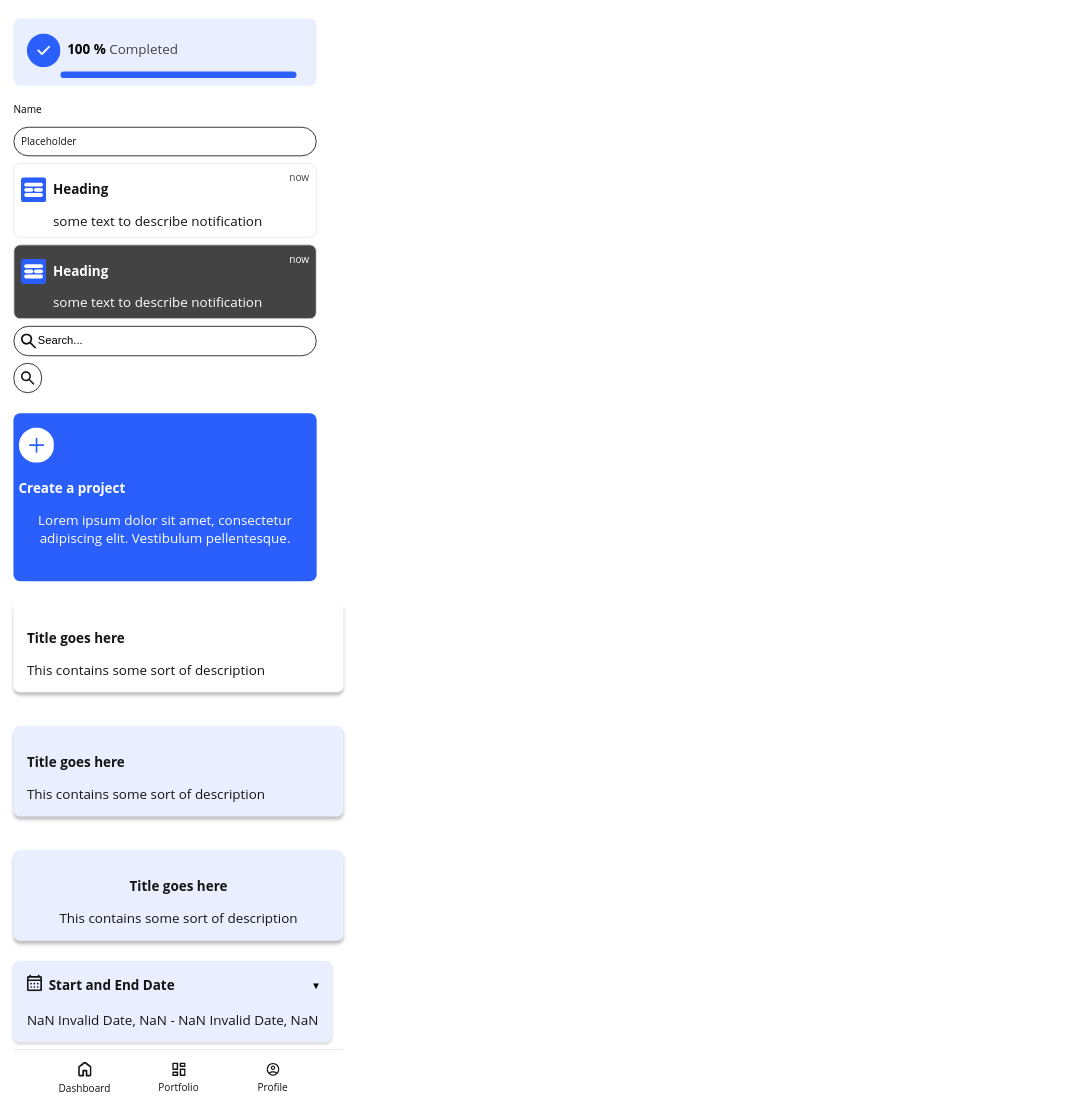
Repository: brunaguarizo/mosaic_app
Page: /
An editor plug-in stored every save of this project. The page is shown before and after a run of saves, followed by the edit.
The browser window is 1280 px wide. The pictures show the whole page, at 84% of full size.
The project was rebuilt for these pictures with package versions that can differ from the ones it lists, and the page was loaded fresh each time. The framework's server and built-in components were replaced by stand-ins that run in the browser. Also part of the build but not shown: next.config.mjs, app/_ui/Button/Button.js, app/_ui/Tag/Tag.js, app/_ui/Project_card/Project_card.js, app/_ui/Date_PopUp/Date_PopUp.module.css, app/_ui/Date_PopUp/Date_PopUp.js.

Above is the page before, as saved 2025-04-18 20:41:17.

### app/globals.css
/* ------------------------------------------------------ GENERAL STYLES ------------------------------------------------------ */
*,
*::before,
*::after {
    box-sizing: inherit;
}

html,
body {
    padding: 0;
    margin: 0;
    font-family: var(--font-family);
    box-sizing: border-box;
}

html {
    display: flex;
    justify-content: center;
    align-items: center;
    width: 393px;
    height: 100%;
    margin: var(--space-regular);
}

.container {
}

.two-column {
    display: grid;
    grid-template-columns: 1fr 1fr;
    gap: var(--space-large);
}

/* ------------------------------------------------------ VARIABLES ------------------------------------------------------ */
:root {
    /* ----- COLORS ----- */
    --blue-primary: rgb(43, 95, 252);
    --blue-50: rgb(234, 239, 255);
    --blue-900: rgb(18, 40, 106);
    --white: #ffffff;
    --black: rgb(20, 20, 20);
    --grey-400: rgb(67, 67, 67);
    --yellow-secondary: rgb(255, 218, 1);
    --orange-secondary: rgb(255, 94, 9);
    --green-secondary: rgb(0, 193, 79);
    --purple-secondary: rgb(154, 65, 255);

    /* ----- TYPE ----- */
    --font-family: "Open Sans", sans-serif;

    --header-xxlarge-size: 88px;
    --title-section-font-size: 30px;
    --button-font-size: 24px;
    --body-text-font-size: 20px;
    --menu-font-size: 16px;
    --label-font-size: 12px;

    --font-style-normal: normal;
    --font-weight-bold: bold;

    --line-height-xxlarge: 100px;
    --line-height-large: 36px;
    --line-height-medium: 28px;
    --line-height-small: 20px;

    /* ----- SPACING ----- */
    --space-small: 8px;
    --space-regular: 16px;
    --space-medium: 32px;
    --space-large: 48px;
    --space-extra-large: 140px;
}

### app/_ui/navbar/navbar.module.css

.nav {
    width: 393px;
    height: 72px;
    justify-content: center;
    align-items: center;
    display: flex;
    flex-direction: row;
    padding: 0;
    margin: 0;
    gap: var(--space-large);
    border-top: 1px solid var(--grey-50);
}

.navbar__item {
    display: flex;
    flex-direction: column;
    justify-content: center;
    align-items: center;
    gap: 4px;
    text-decoration: none;
    width: 60px;
    height: 44px;
    padding-left: 32px;
    padding-right: 32px;
    margin: 0;
}

.navbar__icon {
    max-width: 16px;
    padding: 0;
    margin: 0;
    fill: var(--black);
}

.navbar__text {
    color: var(--black);
    font-size: var(--label-font-size);
    font-weight: var(--font-weight-400);
    line-height: var(--line-height-small);
    text-decoration: none;
    padding: 0;
    margin: 0;
}

.navbar__item:hover .navbar__text,
.navbar__item:hover .navbar__icon,
.navbar__item:active .navbar__text,
.navbar__item:active .navbar__icon {
  color: var(--blue-primary);
  fill: var(--blue-primary);
}

/* ------------------------------------------------------ VARIABLES ------------------------------------------------------ */
:root {
    /* ----- COLORS ----- */
    --blue-primary: rgb(43,95,252);
    --blue-50: rgb(234, 239, 255);
    --blue-900: rgb(18, 40, 106);
    --white: #FFFFFF;
    --grey-50: #E8E8E8;
    --black: rgb(20, 20, 20);
    --grey-400: rgb(67, 67, 67);
    --yellow-secondary: rgb(255, 218, 1);
    --orange-secondary: rgb(255, 94, 9);
    --green-secondary: rgb(0, 193, 79);
    --purple-secondary: rgb(154, 65, 255);

    /* ----- TYPE ----- */
    --font-family: "Open Sans", sans-serif;

    --header-xxlarge-size: 88px;
    --title-section-font-size: 30px;
    --button-font-size: 24px;
    --body-text-font-size: 20px;
    --menu-font-size: 16px;
    --label-font-size: 12px;

    --font-style-normal: normal;
    --font-weight-bold: bold;

    --line-height-xxlarge: 100px;
    --line-height-large: 36px;
    --line-height-medium: 28px;
    --line-height-small: 20px;

    /* ----- SPACING ----- */
    --space-small: 8px;
    --space-regular: 16px;
    --space-medium: 32px;
    --space-large: 48px;
    --space-extra-large: 88px;
  }

### app/_ui/Button/Button.module.css
.button {
    font-family: var(--font-family);
    font-size: var(--font-size-regular);
    font-weight: var(--font-weight-bold);
    width: 100%;
    padding-top: var(--space-small);
    padding-left: var(--space-regular);
    padding-right: var(--space-regular);
    padding-bottom: var(--space-small);
    border-radius: 100px;
    align-items: center;
    border: none;

    &:hover {
        background-color: var(--blue-900);
        color: var(--white);
    }
}

.primary {
    background: var(--blue-primary);
    color: var(--white);
}

.secondary {
    background-color: var(--white);
    border: 1px solid var(--blue-primary);
    color: var(--blue-primary);
}

.disabled {
    pointer-events: none;
    color: var(--white);
    background-color: var(--blue-100);
}

.small {
    font-size: var(--font-size-small);
    padding: var(--space-small);
    align-items: center;
}

.large {
    font-size: var(--font-size-large);
    padding: var(--space-regular);
}

.error {
    background-color: var(--orange-secondary);
}

/* ------------------------------------------------------ VARIABLES ------------------------------------------------------ */
:root {
    /* ----- COLORS ----- */
    --blue-primary: rgb(43, 95, 252);
    --blue-50: rgb(234, 239, 255);
    --blue-100: #bdcdfe;
    --blue-900: rgb(18, 40, 106);
    --white: #ffffff;
    --black: rgb(20, 20, 20);
    --grey-400: rgb(67, 67, 67);
    --yellow-secondary: rgb(255, 218, 1);
    --orange-secondary: rgb(255, 94, 9);
    --green-secondary: rgb(0, 193, 79);
    --purple-secondary: rgb(154, 65, 255);

    /* ----- TYPE ----- */
    --font-family: "Open Sans", sans-serif;

    --font-size-extra-large: 30px;
    --font-size-large: 24px;
    --font-size-medium: 20px;
    --font-size-regular: 16px;
    --font-size-small: 12px;

    --font-style-normal: normal;
    --font-weight-bold: bold;

    --line-height-xxlarge: 100px;
    --line-height-large: 36px;
    --line-height-medium: 28px;
    --line-height-small: 20px;

    /* ----- SPACING ----- */
    --space-small: 8px;
    --space-regular: 16px;
    --space-medium: 32px;
    --space-large: 48px;
    --space-extra-large: 140px;
}

### app/_ui/Date_Card/Date_Card.module.css
.card {
    background-color: var(--blue-50);
    border-radius: var(--space-small);
    padding: var(--space-regular);
    gap: var(--space-regular);
    box-shadow: 0 2px 4px rgba(0, 0, 0, 0.2);
    font-family: var(--font-family);
    cursor: pointer;
    display: flex;
    flex-direction: column;
    width: fit-content;
}

.header {
    display: flex;
    align-items: center;
    gap: var(--space-small);
    font-size: var(--font-size-regular);
    font-weight: var(--font-weight-bold);
    color: var(--black);
}

.label {
    flex-grow: 1;
}

.arrow {
    font-size: var(--font-size-small);
    color: black;
}

.arrow:hover {
    font-size: var(--font-size-small);
    color: var(--blue-primary);
}

.dateRange {
    margin-top: 2px;
    font-size: var(--font-size-regular);
    color: var(--black);
}

/* ------------------------------------------------------ VARIABLES ------------------------------------------------------ */
:root {
    /* ----- COLORS ----- */
    --blue-primary: rgb(43, 95, 252);
    --blue-50: rgb(234, 239, 255);
    --blue-100: #bdcdfe;
    --blue-900: rgb(18, 40, 106);
    --white: #ffffff;
    --black: rgb(20, 20, 20);
    --grey-400: rgb(67, 67, 67);
    --yellow-secondary: rgb(255, 218, 1);
    --orange-secondary: rgb(255, 94, 9);
    --green-secondary: rgb(0, 193, 79);
    --purple-secondary: rgb(154, 65, 255);

    /* ----- TYPE ----- */
    --font-family: "Open Sans", sans-serif;

    --font-size-extra-large: 30px;
    --font-size-large: 24px;
    --font-size-medium: 20px;
    --font-size-regular: 16px;
    --font-size-small: 12px;

    --font-style-normal: normal;
    --font-weight-bold: bold;

    --line-height-xxlarge: 100px;
    --line-height-large: 36px;
    --line-height-medium: 28px;
    --line-height-small: 20px;

    /* ----- SPACING ----- */
    --space-small: 8px;
    --space-regular: 16px;
    --space-medium: 32px;
    --space-large: 48px;
    --space-extra-large: 140px;
}

### app/_ui/Create_Project_Button/Create_Project_Button.module.css
.button_background {
    background-color: var(--blue-primary);
    border-radius: var(--space-small);
    border: none;
    width: 361px;
    height: 200px;
    display: flex;
    flex-direction: column;
    margin-top: var(--space-regular);
}

.button_icon {
    width: 42px;
    height: 42px;
    align-self: center;
    box-sizing: content-box;
    margin-top: var(--space-regular);
}

.button_heading {
    text-align: center;
    font-family: "Open Sans", sans-serif;
    font-size: var(--menu-font-size);
    font-weight: var(--font-weight-bold);
    color: white;
    padding: 0px;
    border: 0px;
    margin-top: var(--space-regular);
    margin-bottom: 0px;
}

.button_description {
    font-family: "Open Sans", sans-serif;
    font-size: var(--menu-font-size);
    font-style: var(--font-weight-normal);
    color: white;
    border: 0px;
    padding: 0px;
    margin-top: var(--space-regular);
    margin-bottom: 0px;
}
/* ------------------------------------------------------ VARIABLES ------------------------------------------------------ */
:root {
    /* ----- COLORS ----- */
    --blue-primary: rgb(43, 95, 252);
    --blue-50: rgb(234, 239, 255);
    --blue-900: rgb(18, 40, 106);
    --white: #ffffff;
    --grey-50: #e8e8e8;
    --black: rgb(20, 20, 20);
    --grey-400: rgb(67, 67, 67);
    --yellow-secondary: rgb(255, 218, 1);
    --orange-secondary: rgb(255, 94, 9);
    --green-secondary: rgb(0, 193, 79);
    --purple-secondary: rgb(154, 65, 255);

    /* ----- TYPE ----- */
    --font-family: "Open Sans", sans-serif;

    --header-xxlarge-size: 88px;
    --title-section-font-size: 30px;
    --button-font-size: 24px;
    --body-text-font-size: 20px;
    --menu-font-size: 16px;
    --label-font-size: 12px;

    --font-style-normal: normal;
    --font-weight-bold: bold;

    --line-height-xxlarge: 100px;
    --line-height-large: 36px;
    --line-height-medium: 28px;
    --line-height-small: 20px;

    /* ----- SPACING ----- */
    --space-small: 8px;
    --space-regular: 16px;
    --space-medium: 32px;
    --space-large: 48px;
    --space-extra-large: 140px;
}

### app/_ui/Description_Box/Description_Box.module.css
.project_primary {
    display: flex;
    flex-direction: column;
    border-radius: var(--space-small);
    text-align: left;
    padding: var(--space-regular);
    text-align: left;
    box-sizing: content-box;
    margin-top: var(--space-regular);
    margin-bottom: var(--space-regular);
    box-shadow: 0px 4px 4px rgba(0, 0, 0, 0.25);
}
.project_secondary {
    display: flex;
    flex-direction: column;
    border-radius: var(--space-small);
    text-align: left;
    padding: var(--space-regular);
    text-align: left;
    margin-top: var(--space-regular);
    background-color: var(--blue-50);
    box-shadow: 0px 4px 4px rgba(0, 0, 0, 0.25);
}
.description_heading {
    text-align: left;
    font-family: "Open Sans", sans-serif;
    font-size: var(--menu-font-size);
    font-weight: var(--font-weight-bold);
    color: var(--black);
    padding: 0px;
    border: 0px;
    box-sizing: content-box;
    margin-top: var(--space-regular);
    margin-bottom: 0px;
}
.description_body {
    font-family: "Open Sans", sans-serif;
    font-size: var(--menu-font-size);
    font-style: var(--font-weight-normal);
    color: var(--black);
    margin-top: var(--space-regular);
    margin-bottom: 0px;
}

.conditions {
    display: flex;
    flex-direction: column;
    border-radius: var(--space-small);
    align-items: center;
    padding: var(--space-regular);
    text-align: center;
    background-color: var(--blue-50);
    margin-top: var(--space-regular);
}

/* ------------------------------------------------------ VARIABLES ------------------------------------------------------ */
:root {
    /* ----- COLORS ----- */
    --blue-primary: rgb(43, 95, 252);
    --blue-50: rgb(234, 239, 255);
    --blue-900: rgb(18, 40, 106);
    --white: #ffffff;
    --grey-50: #e8e8e8;
    --black: rgb(20, 20, 20);
    --grey-400: rgb(67, 67, 67);
    --yellow-secondary: rgb(255, 218, 1);
    --orange-secondary: rgb(255, 94, 9);
    --green-secondary: rgb(0, 193, 79);
    --purple-secondary: rgb(154, 65, 255);

    /* ----- TYPE ----- */
    --font-family: "Open Sans", sans-serif;

    --header-xxlarge-size: 88px;
    --title-section-font-size: 30px;
    --button-font-size: 24px;
    --body-text-font-size: 20px;
    --menu-font-size: 16px;
    --label-font-size: 12px;

    --font-style-normal: normal;
    --font-weight-bold: bold;

    --line-height-xxlarge: 100px;
    --line-height-large: 36px;
    --line-height-medium: 28px;
    --line-height-small: 20px;

    /* ----- SPACING ----- */
    --space-small: 8px;
    --space-regular: 16px;
    --space-medium: 32px;
    --space-large: 48px;
    --space-extra-large: 140px;
}

### app/_ui/Search_Bar/Search_Bar.module.css
.primary {
    border: 1px solid var(--black);
    padding: var(--space-small);

    display: flex;
    flex-direction: row;
    width: 361px;
    border-radius: var(--border-radius-large);
}

.secondary {
    border: 1px solid var(--black);
    border-radius: var(--border-radius-large);
    width: var(--space-regular);
    box-sizing: content-box;
}

.visible {
    border: none;
}
.invisible {
    display: none;
}

.search_item {
    border: none;
}

.search_item:focus {
    outline: none;
    box-shadow: none;
}

/* ------------------------------------------------------ VARIABLES ------------------------------------------------------ */
:root {
    /* ----- COLORS ----- */
    --blue-primary: rgb(43, 95, 252);
    --blue-50: rgb(234, 239, 255);
    --blue-900: rgb(18, 40, 106);
    --white: #ffffff;
    --grey-50: #e8e8e8;
    --black: rgb(20, 20, 20);
    --grey-400: rgb(67, 67, 67);
    --yellow-secondary: rgb(255, 218, 1);
    --orange-secondary: rgb(255, 94, 9);
    --green-secondary: rgb(0, 193, 79);
    --purple-secondary: rgb(154, 65, 255);

    /* ----- BORDER RADIUS ----- */
    --border-radius-large: 100px;

    /* ----- TYPE ----- */
    --font-family: "Open Sans", sans-serif;

    --header-xxlarge-size: 88px;
    --title-section-font-size: 30px;
    --button-font-size: 24px;
    --body-text-font-size: 20px;
    --menu-font-size: 16px;
    --label-font-size: 12px;

    --font-style-normal: normal;
    --font-weight-bold: bold;

    --line-height-xxlarge: 100px;
    --line-height-large: 36px;
    --line-height-medium: 28px;
    --line-height-small: 20px;

    /* ----- SPACING ----- */
    --space-small: 8px;
    --space-regular: 16px;
    --space-medium: 32px;
    --space-large: 48px;
    --space-extra-large: 140px;
}

### app/_ui/Heading_Bar/Heading_Bar.module.css
.contentInner {
    display: flex;
    flex-direction: column;
    gap: var(--space-regular);
}

.row {
    display: flex;
    align-items: center;
}

.heading {
    flex-grow: 1;
    text-align: center;
    font-weight: var(--font-weight-normal);
    font-size: var(--button-font-size);
}

.icon {
    color: var(--blue-50);
    display: flex;
    align-items: center;
    justify-content: center;
}
.visible {
    display: flex;
}

.hidden {
    display: none;
}

.iconButton {
    background: none;
    border: none;
    color: var(--blue-50);
    display: flex;
    align-items: center;
    justify-content: center;
    padding: var(--space-small);
}

.iconButton:hover {
    background-color: var(--blue-50);
    border-radius: var(--border-radius-large);
}

.pagination {
    flex-grow: 1;
    text-align: right;
    color: var(--black);
    font-size: var(--menu-font-size);
    padding-right: var(--space-small);
}
/* ------------------------------------------------------ VARIABLES ------------------------------------------------------ */
:root {
    /* ----- COLORS ----- */
    --blue-primary: rgb(43, 95, 252);
    --blue-50: rgb(234, 239, 255);
    --blue-900: rgb(18, 40, 106);
    --white: #ffffff;
    --grey-50: #e8e8e8;
    --black: rgb(20, 20, 20);
    --grey-400: rgb(67, 67, 67);
    --yellow-secondary: rgb(255, 218, 1);
    --orange-secondary: rgb(255, 94, 9);
    --green-secondary: rgb(0, 193, 79);
    --purple-secondary: rgb(154, 65, 255);

    /* ----- BORDER RADIUS ----- */
    --border-radius-large: 100px;

    /* ----- TYPE ----- */
    --font-family: "Open Sans", sans-serif;

    --header-xxlarge-size: 88px;
    --title-section-font-size: 30px;
    --button-font-size: 24px;
    --body-text-font-size: 20px;
    --menu-font-size: 16px;
    --label-font-size: 12px;

    --font-style-normal: normal;
    --font-weight-bold: bold;

    --line-height-xxlarge: 100px;
    --line-height-large: 36px;
    --line-height-medium: 28px;
    --line-height-small: 20px;

    /* ----- SPACING ----- */
    --space-small: 8px;
    --space-regular: 16px;
    --space-medium: 32px;
    --space-large: 48px;
    --space-extra-large: 140px;
}

### app/_ui/Progress_Bar/Progress_Bar.module.css
.background {
    background-color: var(--blue-50);
    display: flex;
    flex-direction: row;
    border-radius: var(--space-small);
    align-items: center;
    padding: 16px;
    width: 361px;
    height: 80px;
    margin-top: var(--space-regular);
}
.icon {
    color: var(--blue-primary);
}

.content_row {
    display: flex;
    flex-direction: column;
}

.bar_text {
    display: flex;
    flex-direction: row;
    align-items: center;
}
.bar_completion,
.bar_amount {
    font-family: var(--font-family);
}
.bar_completion {
    color: var(--grey-400);
}
.bar_amount {
    font-size: var(--menu-font-size);
    padding-right: 4px;
}
.bar_text {
    padding-left: var(--space-small);
}

.bar {
    background-color: var(--blue-primary);
    width: 281px;
    height: var(--space-small);
    border-radius: var(--space-small);
}

/* ------------------------------------------------------ VARIABLES ------------------------------------------------------ */
:root {
    /* ----- COLORS ----- */
    --blue-primary: rgb(43, 95, 252);
    --blue-50: rgb(234, 239, 255);
    --blue-900: rgb(18, 40, 106);
    --white: #ffffff;
    --grey-50: #e8e8e8;
    --black: rgb(20, 20, 20);
    --grey-400: rgb(67, 67, 67);
    --yellow-secondary: rgb(255, 218, 1);
    --orange-secondary: rgb(255, 94, 9);
    --green-secondary: rgb(0, 193, 79);
    --purple-secondary: rgb(154, 65, 255);

    /* ----- TYPE ----- */
    --font-family: "Open Sans", sans-serif;

    --header-xxlarge-size: 88px;
    --title-section-font-size: 30px;
    --button-font-size: 24px;
    --body-text-font-size: 20px;
    --menu-font-size: 16px;
    --label-font-size: 12px;

    --font-style-normal: normal;
    --font-weight-bold: bold;

    --line-height-xxlarge: 100px;
    --line-height-large: 36px;
    --line-height-medium: 28px;
    --line-height-small: 20px;

    /* ----- SPACING ----- */
    --space-small: 8px;
    --space-regular: 16px;
    --space-medium: 32px;
    --space-large: 48px;
    --space-extra-large: 140px;
}

### app/_ui/Input_Box/Input_Box.module.css
.primary {
    display: flex;
    flex-direction: column;
}

.hidden {
    display: none;
}

.input_name {
    font-family: var(--font-family);
    font-size: var(--label-font-size);
}

.input_box {
    font-family: var(--font-family);
    font-size: var(--label-font-size);
    color: var(--black);
    padding: 8px;
    border-radius: 100px;
    width: 361px;
    border: 1px solid var(--black);
}

/* ------------------------------------------------------ VARIABLES ------------------------------------------------------ */
:root {
    /* ----- COLORS ----- */
    --blue-primary: rgb(43, 95, 252);
    --blue-50: rgb(234, 239, 255);
    --blue-900: rgb(18, 40, 106);
    --white: #ffffff;
    --grey-50: #e8e8e8;
    --black: rgb(20, 20, 20);
    --grey-400: rgb(67, 67, 67);
    --yellow-secondary: rgb(255, 218, 1);
    --orange-secondary: rgb(255, 94, 9);
    --green-secondary: rgb(0, 193, 79);
    --purple-secondary: rgb(154, 65, 255);

    /* ----- TYPE ----- */
    --font-family: "Open Sans", sans-serif;

    --header-xxlarge-size: 88px;
    --title-section-font-size: 30px;
    --button-font-size: 24px;
    --body-text-font-size: 20px;
    --menu-font-size: 16px;
    --label-font-size: 12px;

    --font-style-normal: normal;
    --font-weight-bold: bold;

    --line-height-xxlarge: 100px;
    --line-height-large: 36px;
    --line-height-medium: 28px;
    --line-height-small: 20px;

    /* ----- SPACING ----- */
    --space-small: 8px;
    --space-regular: 16px;
    --space-medium: 32px;
    --space-large: 48px;
    --space-extra-large: 140px;
}

### app/_ui/Tag/Tag.module.css
.tag {
    font-family: var(--font-family);
    font-size: var(--font-size-small);
    font-weight: var(--font-weight-regular);
    width: 80px;
    padding: var(--space-extra-small);
    border-radius: 100px;
    border: none;
    background-color: var(--orange-secondary);

    display: flex;
    justify-content: center;
    align-items: center;
    text-align: center;
}

/* ------------------------------------------------------ VARIABLES ------------------------------------------------------ */
:root {
    /* ----- COLORS ----- */
    --blue-primary: rgb(43, 95, 252);
    --blue-50: rgb(234, 239, 255);
    --blue-100: #bdcdfe;
    --blue-900: rgb(18, 40, 106);
    --white: #ffffff;
    --black: rgb(20, 20, 20);
    --grey-400: rgb(67, 67, 67);
    --yellow-secondary: rgb(255, 218, 1);
    --orange-secondary: rgb(255, 94, 9);
    --green-secondary: rgb(0, 193, 79);
    --purple-secondary: rgb(154, 65, 255);

    /* ----- TYPE ----- */
    --font-family: "Open Sans", sans-serif;

    --font-size-extra-large: 30px;
    --font-size-large: 24px;
    --font-size-medium: 20px;
    --font-size-regular: 16px;
    --font-size-small: 12px;

    --font-style-normal: normal;
    --font-weight-bold: bold;

    --line-height-xxlarge: 100px;
    --line-height-large: 36px;
    --line-height-medium: 28px;
    --line-height-small: 20px;

    /* ----- SPACING ----- */
    --space-extra-small: 4px;
    --space-small: 8px;
    --space-regular: 16px;
    --space-medium: 32px;
    --space-large: 48px;
    --space-extra-large: 140px;
}

Loaded but not shown: app/layout.js (common file); app/_ui/Heading_Bar/Heading_Bar.js (110 lines, source omitted); app/_ui/navbar/navbar.js (56 lines, source omitted); app/_ui/Date_Card/Date_Card.js (50 lines, source omitted); app/page.js (79 lines, source omitted); app/_ui/Search_Bar/Search_Bar.js (36 lines, source omitted); app/_ui/Create_Project_Button/Create_Project_Button.js (38 lines, source omitted); app/_ui/Progress_Bar/Progress_Bar.js (38 lines, source omitted); app/_ui/Notification_Box/Notification_Box.js (37 lines, source omitted); app/_ui/Input_Box/Input_Box.js (23 lines, source omitted); app/_ui/Description_Box/Description_Box.js (18 lines, source omitted); app/page.module.css (174 lines, source omitted); app/_ui/Notification_Box/Notification_Box.module.css (107 lines, source omitted); app/_ui/Project_card/Project_card.module.css (102 lines, source omitted)

After the next 2 saves:
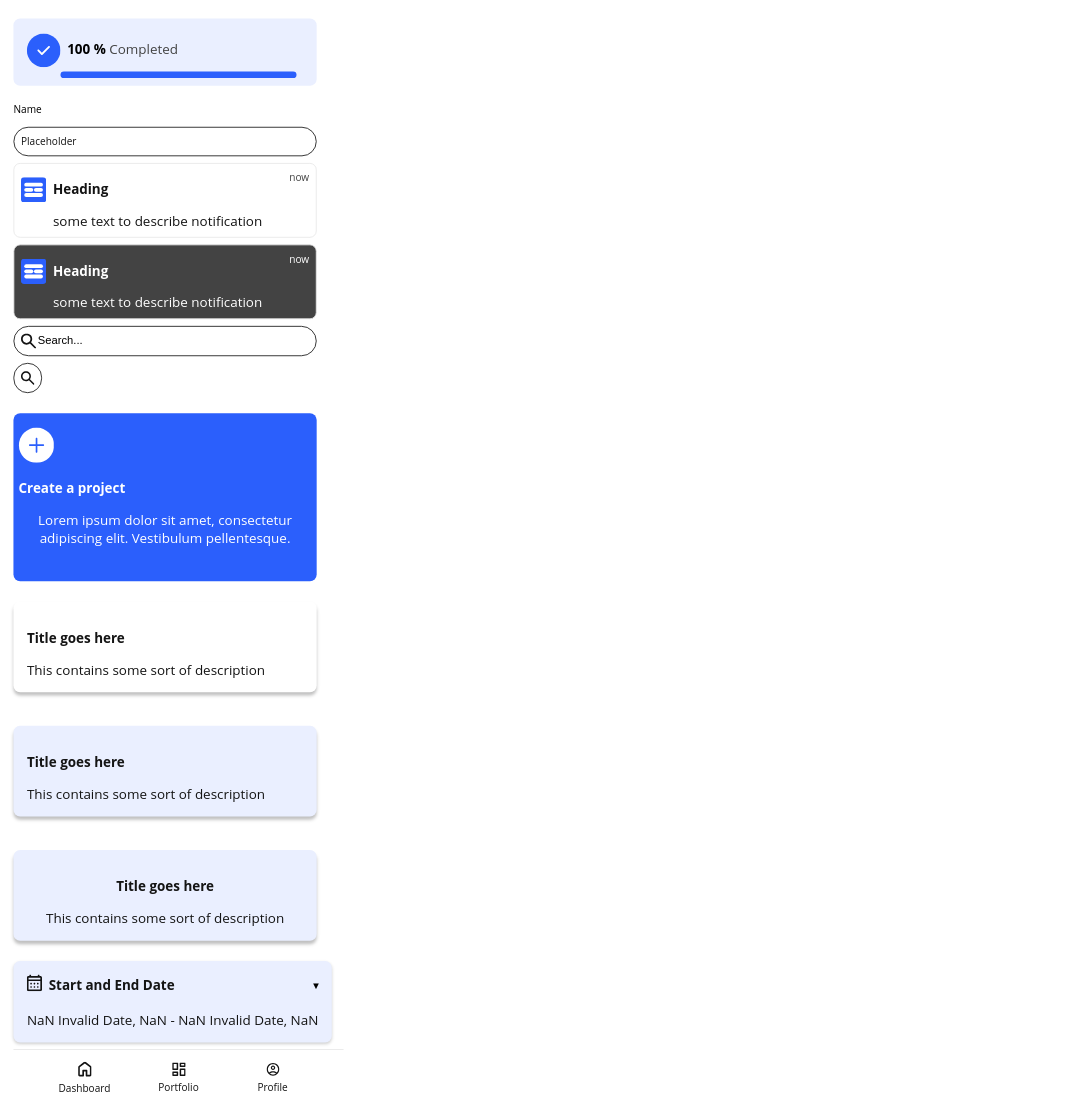
The 2 saves are shown as one change because they came seconds apart.
The last was saved 13 s later.
--- a/app/_ui/Description_Box/Description_Box.module.css
+++ b/app/_ui/Description_Box/Description_Box.module.css
@@ -5,7 +5,7 @@
     text-align: left;
     padding: var(--space-regular);
     text-align: left;
-    box-sizing: content-box;
+    width: 361px;
     margin-top: var(--space-regular);
     margin-bottom: var(--space-regular);
     box-shadow: 0px 4px 4px rgba(0, 0, 0, 0.25);
